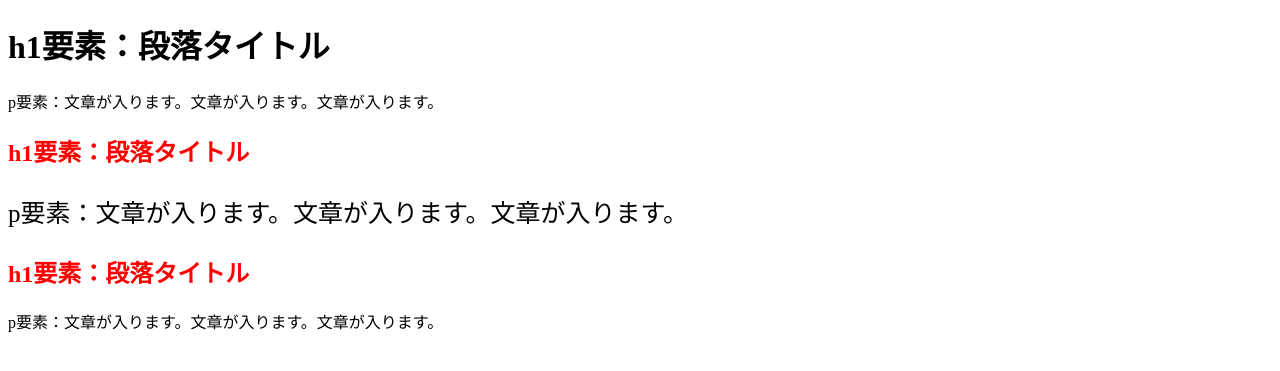
Repository: 0keiji0/samurai_HTML-CSS
Page: index2.html
The author's editor kept a record of every edit. The page is drawn from the files as they stood at one moment, then again after the next edit.
The browser window is 1280 px wide. The pictures show the whole page.

Above is the page before.

### index2.html
<!DOCTYPE html>
<html lang="ja">
<head>
    <meta charset="UTF-8">
    <meta name="viewport" content="width=device-width, initial-scale=1.0">
    <meta http-equiv="X-UA-Compatible" content="ie=edge">
    <title>HTML/CSSの学習</title>
    <style>
        h2{
            color: red;
        }
    </style>

</head>
<body>
<h1>h1要素：段落タイトル</h1>
<p>p要素：文章が入ります。文章が入ります。文章が入ります。</p>
<h2>h1要素：段落タイトル</h2>
<p style= "font-size: 25px;">
    p要素：文章が入ります。文章が入ります。文章が入ります。
    </p>
<h2>h1要素：段落タイトル</h2>
<p style= "font-weight: bold;" >
<p style= "font-color: blue;">
p要素：文章が入ります。文章が入ります。文章が入ります。
</p>
</p>
</body>
</html>

After the next edit:
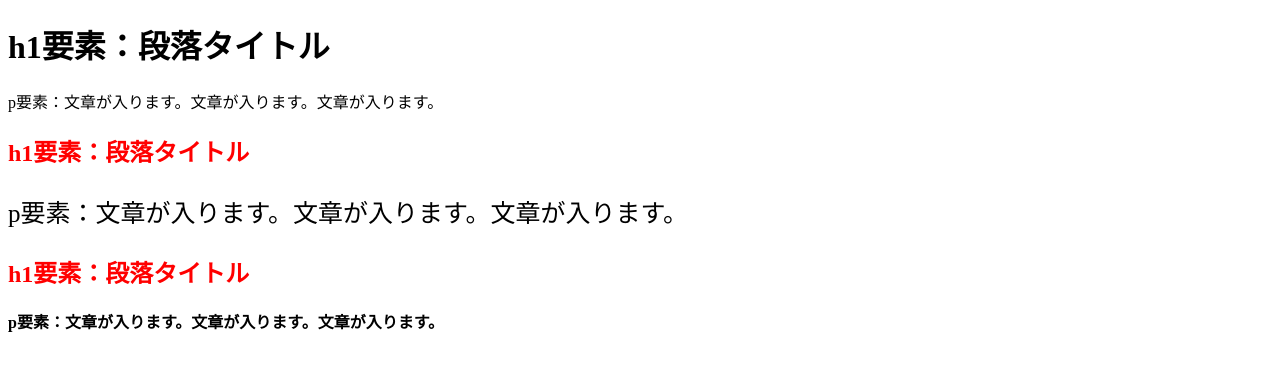
The edit:
--- a/index2.html
+++ b/index2.html
@@ -21,9 +21,7 @@
     </p>
 <h2>h1要素：段落タイトル</h2>
 <p style= "font-weight: bold;" >
-<p style= "font-color: blue;">
 p要素：文章が入ります。文章が入ります。文章が入ります。
-</p>
 </p>
 </body>
 </html>
